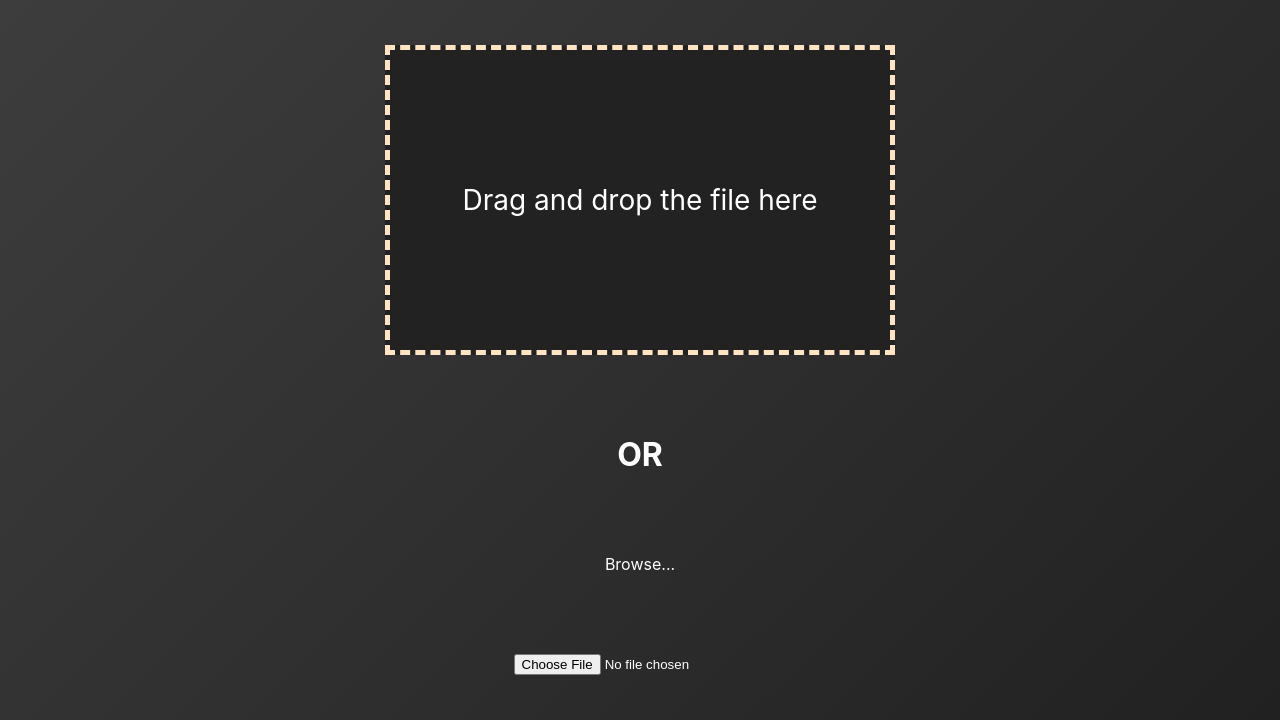
Repository: RXBVK/rt-map
Page: /
These files come from the project's save history. The page is drawn as it stood at one moment and after the next save; the edit follows.
The browser window is 1280 px wide. The pictures show the whole page.
The project was rebuilt for these pictures with package versions that can differ from the ones it lists, and the page was loaded fresh each time.

Above is the page before, as saved 2021-07-21 13:22:26.

### src/styles/index.css
* {
  margin: 0;
}
body {
  font-family: -apple-system, BlinkMacSystemFont, "Roboto", sans-serif;
  -webkit-font-smoothing: antialiased;
  -moz-osx-font-smoothing: grayscale;
  color: white;
}

code {
  font-family: source-code-pro, Menlo, Monaco, Consolas, "Courier New",
    monospace;
}

### src/App.js
import CsvUploader from "./components/CsvUploader/CsvUploader";
import "./styles/app.css";

function App() {
  return (
    <div className="main__container">
      <CsvUploader />
    </div>
  );
}

export default App;

### src/components/CsvUploader/CsvUploader.js
import React from "react";
import "./styles/csv-uploader.css";

export default function CsvUploader() {
  return (
    <div className="csv-uploader__container">
      <div className="csv-uploader__dropzone">Drag and drop the file here</div>
      <h1>OR</h1>
      <label for="upload-photo">Browse...</label>
      <input type="file" name="photo" id="upload-photo" />
    </div>
  );
}

### src/styles/app.css
.main__container {
  min-height: 100vh;
  width: 100%;
  background: linear-gradient(135deg, #3d3d3d, #212121);
  display: -webkit-box;
  display: -ms-flexbox;
  display: flex;
  -webkit-box-orient: vertical;
  -webkit-box-direction: normal;
      -ms-flex-direction: column;
          flex-direction: column;
  -webkit-box-align: center;
      -ms-flex-align: center;
          align-items: center;
  text-align: center;
  -webkit-box-pack: center;
      -ms-flex-pack: center;
          justify-content: center;
}

.main__container > * {
  -webkit-animation: fadein 800ms;
          animation: fadein 800ms;
}

.button--primary {
  cursor: pointer;
  width: 200px;
  height: 45px;
  background-color: bisque;
  color: black;
  border-radius: 8px;
  font-weight: 700;
  font-size: 16px;
  -webkit-transition: all 200ms ease-out;
  transition: all 200ms ease-out;
}

.button--primary:hover {
  -webkit-filter: brightness(0.8);
          filter: brightness(0.8);
}

@-webkit-keyframes fadein {
  0% {
    opacity: 0;
  }
  100% {
    opacity: 1;
  }
}

@keyframes fadein {
  0% {
    opacity: 0;
  }
  100% {
    opacity: 1;
  }
}
/*# sourceMappingURL=app.css.map */

### src/components/CsvUploader/styles/csv-uploader.css
.csv-uploader__container {
  display: -webkit-box;
  display: -ms-flexbox;
  display: flex;
  -webkit-box-orient: vertical;
  -webkit-box-direction: normal;
      -ms-flex-direction: column;
          flex-direction: column;
  -webkit-box-align: center;
      -ms-flex-align: center;
          align-items: center;
  -webkit-box-pack: center;
      -ms-flex-pack: center;
          justify-content: center;
}

.csv-uploader__container > * {
  margin: 40px 0;
}

.csv-uploader__container .csv-uploader__dropzone {
  cursor: pointer;
  -webkit-box-align: center;
      -ms-flex-align: center;
          align-items: center;
  -webkit-box-pack: center;
      -ms-flex-pack: center;
          justify-content: center;
  width: 500px;
  height: 300px;
  border: 5px dashed bisque;
  font-size: 28px;
  background-color: #222222;
}

.csv-uploader__container .csv-uploader__label {
  display: -webkit-box;
  display: -ms-flexbox;
  display: flex;
  -webkit-box-align: center;
      -ms-flex-align: center;
          align-items: center;
  -webkit-box-pack: center;
      -ms-flex-pack: center;
          justify-content: center;
  margin-left: auto;
  margin-right: auto;
}

.csv-uploader__container #csv-uploader__input {
  opacity: 0;
  position: absolute;
}

@media (max-width: 600px) {
  .csv-uploader__or,
  .csv-uploader__dropzone {
    display: none;
  }
}

@media (min-width: 601px) {
  .csv-uploader__or {
    display: block;
  }
  .csv-uploader__dropzone {
    display: -webkit-box;
    display: -ms-flexbox;
    display: flex;
  }
}
/*# sourceMappingURL=csv-uploader.css.map */

Loaded but not shown: public/index.html (common file); src/index.js (common file); src/reportWebVitals.js (common file)

After the next save:
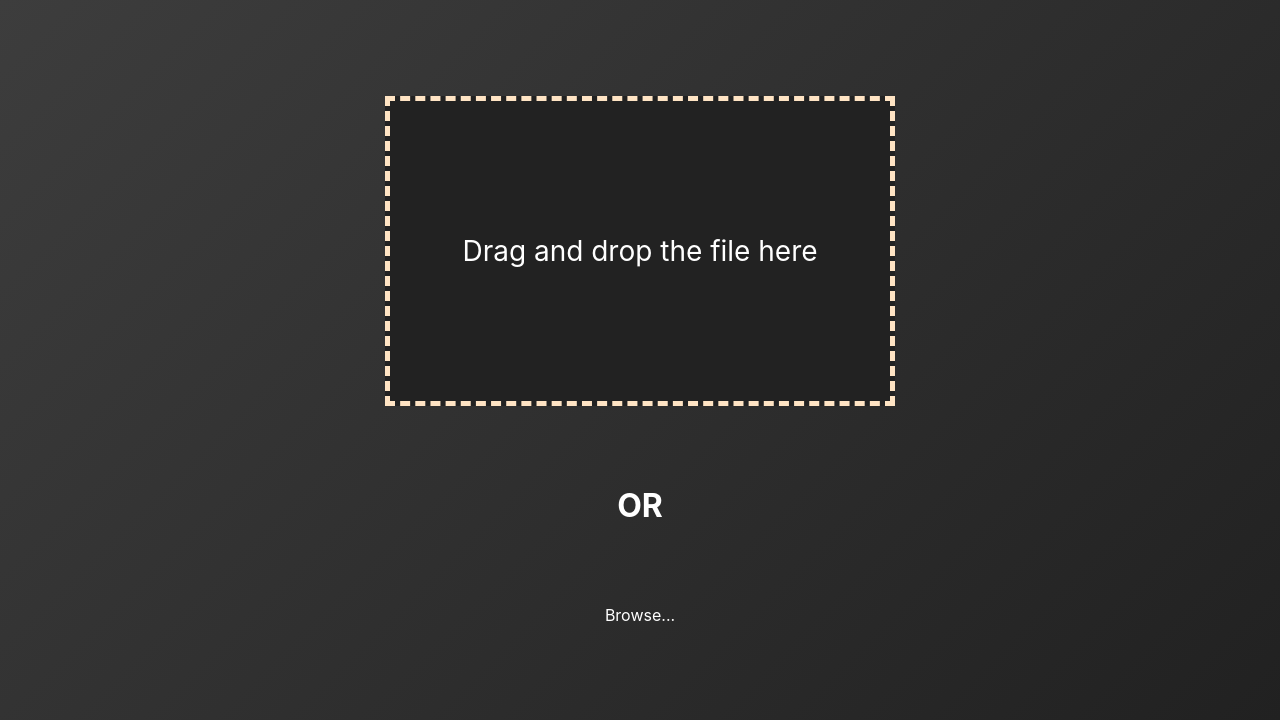
Saved 49 s later.
--- a/src/components/CsvUploader/CsvUploader.js
+++ b/src/components/CsvUploader/CsvUploader.js
@@ -6,8 +6,8 @@ export default function CsvUploader() {
     <div className="csv-uploader__container">
       <div className="csv-uploader__dropzone">Drag and drop the file here</div>
       <h1>OR</h1>
-      <label for="upload-photo">Browse...</label>
-      <input type="file" name="photo" id="upload-photo" />
+      <label for="csv-uploader__input">Browse...</label>
+      <input type="file" name="photo" id="csv-uploader__input" />
     </div>
   );
 }
